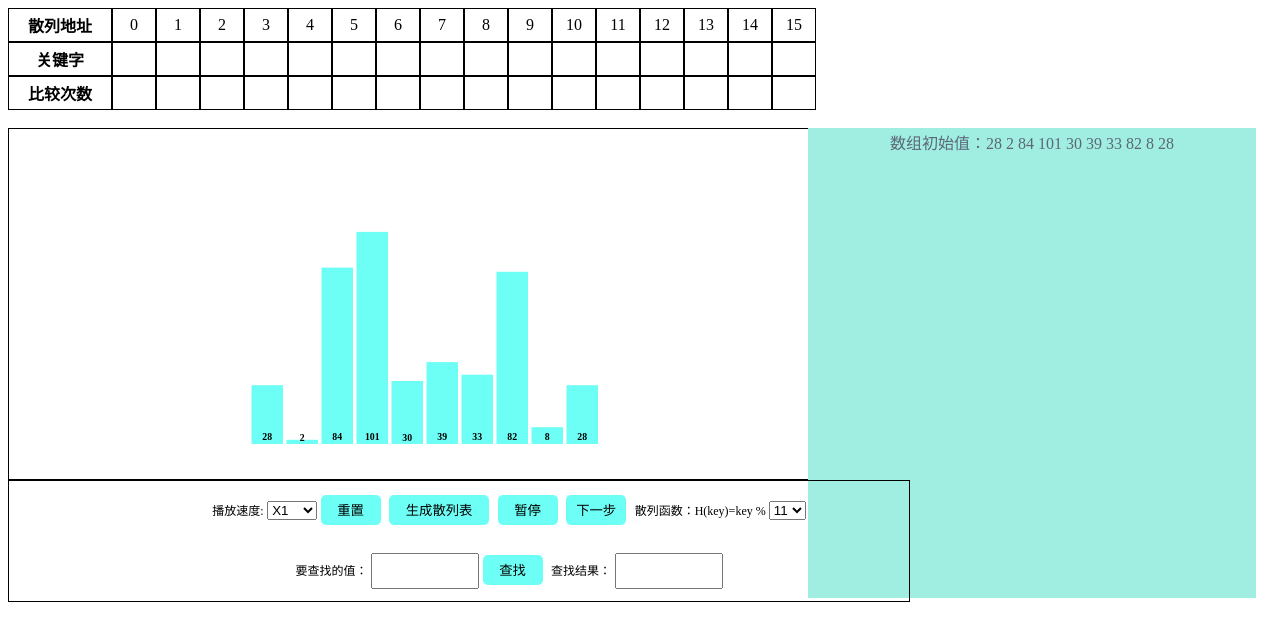
Repository: aaa615/Visualization-of-data-structure-algorithms
Page: dataStructure/WebContent/animation/search/hashSearch/hashSearch.html
An editor plug-in stored every save of this project. The page is shown before and after the next save, followed by the edit.
The browser window is 1280 px wide. The pictures show the whole page.

Above is the page before, as saved 2021-05-20 04:30:07.

### dataStructure/WebContent/animation/search/hashSearch/hashSearch.html
<!DOCTYPE html>
<html lang="en">
<head>
    <meta charset="UTF-8">
    <title>散列表查找</title>
    <link rel="stylesheet" type="text/css" href="../../../css/Player.css" charset="utf-8">
    <link rel="stylesheet" type="text/css" href="hashSearch.css" charset="utf-8">

    <script type="text/javascript" src="hashSearch.js"></script>
</head>
<body>
<div id="canvas_div">
    <table id="hash_table" cellspacing="0">
        <tr align="center" valign="center">
            <th width="100px" style="border: black solid 1px">散列地址</th>
            <td>0</td>
            <td>1</td>
            <td>2</td>
            <td>3</td>
            <td>4</td>
            <td>5</td>
            <td>6</td>
            <td>7</td>
            <td>8</td>
            <td>9</td>
            <td>10</td>
            <td>11</td>
            <td>12</td>
            <td>13</td>
            <td>14</td>
            <td>15</td>
        </tr>
        <tr align="center" valign="center">
            <th width="100px" style="border: black solid 1px">关键字</th>
            <td></td>
            <td></td>
            <td></td>
            <td></td>
            <td></td>
            <td></td>
            <td></td>
            <td></td>
            <td></td>
            <td></td>
            <td></td>
            <td></td>
            <td></td>
            <td></td>
            <td></td>
            <td></td>
        </tr>
        <tr align="center" valign="center">
            <th width="100px" style="border: black solid 1px">比较次数</th>
            <td></td>
            <td></td>
            <td></td>
            <td></td>
            <td></td>
            <td></td>
            <td></td>
            <td></td>
            <td></td>
            <td></td>
            <td></td>
            <td></td>
            <td></td>
            <td></td>
            <td></td>
            <td></td>
        </tr>
    </table>
    <svg id="canvas_svg" xmlns="http://www.w3.org/2000/svg" viewBox="0 0 500 500" onload="createRect()"></svg>
    <div class="express_window" id="express_window_id"></div>
</div>
<div id="player_div">
    <label>播放速度:</label>
    <select id="playSpeed_id" class="playSpeed_class" onclick="getPlaySpeed()">
        <option value="2">X2</option>
        <option value="1.5">X1.5</option>
        <option value="1" selected>X1</option>
        <option value="0.5">X0.5</option>
    </select>
    <input type="button" value="重置" class="player_input" onclick="reset()">
    <input type="button" value="生成散列表" class="player_input" style="width: 100px" onclick="createHashTable()">
    <input type="button" value="暂停" class="player_input" onclick="pause()">
    <input type="button" value="下一步" class="player_input" onclick="nextStep()">
    <label>散列函数：H(key)=key % </label>
    <select id="hash_function" class="playSpeed_class" onclick="getM()">
        <option value="3">3</option>
        <option value="11" selected>11</option>
        <option value="13">13</option>
    </select>
    <br/>

    <label>要查找的值：</label>
    <input type="text" id="search_num" class="player_text">
    <input type="button" value="查找" class="player_input" onclick="search()">
    <label>查找结果：</label>
    <input type="text" id="Search_result" class="player_text" readonly="true">

</div>

</body>
</html>

### dataStructure/WebContent/css/Player.css
@charset "UTF-8";
#canvas_div{
    position: relative;
    display: flex;
    display:-webkit-flex;
    justify-content: left;
}

#canvas_svg{
    width: 800px;
    height: 450px;
    border: 1px solid rgba(160,238,225,1);
    font: bold 14px "Microsoft YaHei UI";
    text-align: center;
    text-anchor: middle;
}

.express_window{
	position:relative;
    width: calc(100% - 800px - 1rem);
    height: 450px;
    overflow: auto;
    background-color: rgba(160,238,225,1);
    text-align: center;
}

.algoTitle{
	height:50px;
	font: 24px "Microsoft YaHei UI";
	line-height:50px
}

#express_window_id{
	font: 16px "Microsoft YaHei UI";
    color: #5d6778;
    line-height: 32px;
}

#player_div{
    width: calc(100% - 100px - 1rem);
    height: 60px;
    border: 1px solid rgba(160,238,225,1);
    padding-left: 100px;
    text-align: left;
    line-height: 60px;
}

.player_input{
    width: 60px;
    height: 30px;
    color: black;
    margin-right: 20px;
    border-color: cornsilk;
    background-color: rgba(109,255,245);
    color: black;
    border-style: hidden;
    border-radius: 5px;
}

#player_div label {
    font: 12px "Microsoft YaHei UI";
}

### dataStructure/WebContent/animation/search/hashSearch/hashSearch.css
#canvas_div{
    position: relative;
    display: flex;
    display:-webkit-flex;
    justify-content: left;
}

.hash_table{
    display: inline-block;
    height: 100px;
}

td{
    height: 30px;
    width: 40px;
    border: black solid 1px;
}

#canvas_svg{
    position: absolute;
    top: 120px;
    width: 800px;
    height: 350px;
    border: 1px black solid;
    font: bold 14px "Microsoft YaHei UI";
    text-align: center;
    text-anchor: middle;
}

.express_window{
    position: absolute;
    left: 800px;
    top: 120px;
    width: calc(100% - 800px - 1rem);
    height: 470px;
    overflow: auto;
    background-color: rgba(160,238,225,1);
    font: 22px "Microsoft YaHei UI";
    color: #5d6778;
    line-height: 44px;
    text-align: center;
}

#player_div{
    position: absolute;
    top: 480px;
    width: 800px;
    height: 120px;
    border: 1px black solid;
    text-align: center;
    font: 14px "Microsoft YaHei UI";
    line-height: 60px;

}

.player_input{
    width: 60px;
    height: 30px;
    color: black;
    margin-right: 5px;
    background-color: #6dfff5;
}

#player_div label{
    font: 12px "Microsoft YaHei UI";
}

.player_text{
    width: 100px;
    height: 30px;
    /*border: 1px green solid;*/
}

### dataStructure/WebContent/animation/search/hashSearch/hashSearch.js
/**
 *
 */
//舞台的高
var maxH=450;
//矩形的宽
var w = 45;
//矩形间隔
var space = 5;
//g标签的初始x坐标
var gX = 25;
//播放速度
var playSpeed=1200;
//矩形数值
var rectArray=[];
//记录每一轮数组细节
var arrStr="";
//计时器
var timer=[];
//
var currentStep=0;
//前一个矩形
var previousRect=-1;
//
var m=11;


//全局变量，获取g和rect标签
var txt=document.getElementsByClassName("player_text");
var oRect=document.getElementsByClassName("g_rect");
//获取playSpeed
function getPlaySpeed(){
    var oSelect=document.getElementsByClassName("playSpeed_class");
    playSpeed=1200*(1/oSelect[0].value);
    console.log(playSpeed);
}

function getM(){
    var oSelect=document.getElementsByClassName("playSpeed_class");
    m=oSelect[1].value;
    console.log(m);
}

//分步生成散列表
function nextStep(){
    if(previousRect!=-1){
        oRect[previousRect].setAttribute("style","fill:#6dfff5");
    }

    if(currentStep<10){
        oRect[currentStep].setAttribute("style","fill:greenyellow");
        previousRect=currentStep;

        let hash_tr=document.getElementById("hash_table").getElementsByTagName("tr");

        let index=rectArray[currentStep]%m;

        //记录查找细节
        var expressionField=document.getElementById("express_window_id");
        arrStr+="\n"+rectArray[currentStep]+" % "+m+" = "+index;


        console.log(index);

        // console.log("inner:"+hash_tr[1].getElementsByTagName("td")[index].innerText);
        //查找次数
        let count=1;
        if(hash_tr[1].getElementsByTagName("td")[index].innerText==""){
            hash_tr[1].getElementsByTagName("td")[index].innerText=rectArray[currentStep];
            hash_tr[2].getElementsByTagName("td")[index].innerText=count;
        }else{
            let i=index;
            while(hash_tr[1].getElementsByTagName("td")[i].innerText!=""){
                i=(i+1)%16;
                arrStr+="地址冲突，加一："+i+";";
                count++;
            }
            // console.log("i"+i);
            hash_tr[1].getElementsByTagName("td")[i].innerText=rectArray[currentStep];
            hash_tr[2].getElementsByTagName("td")[i].innerText=count;
        }
        expressionField.innerText=arrStr;
        currentStep++;
        return false;
    }else{
        return true;
    }

}

//生成散列表
function createHashTable(){
    timer[0]=setInterval(function () {
        if(nextStep()){
            clearInterval(timer[0]);
        }
    },playSpeed*2);
}

//随机生成有序的rect
function createRect() {
    var svgDoc=document.getElementById("canvas_svg");
    //获取流程描述窗口
    var expressionField=document.getElementById("express_window_id");
    arrStr="数组初始值：";

    //随机生成10个矩形的高（1~100）
    for (var i = 0; i < 10; ++i) {
        rectArray[i] = Math.ceil(Math.random() * 100) + 1;
        var h=rectArray[i]*3;
        //生成g标签
        var og=document.createElementNS("http://www.w3.org/2000/svg", "g");
        og.setAttribute("transform", "translate(" + gX + "," + (maxH - h) + ")");
        og.setAttribute("height", h + "px");
        og.setAttribute("class","svg_g");

        svgDoc.appendChild(og);

        //生成矩形
        var orect = document.createElementNS("http://www.w3.org/2000/svg", "rect");
        orect.setAttribute("width", w + "px");
        orect.setAttribute("height", h + "px");
        orect.setAttribute("fill", "#6dfff5");
        orect.setAttribute("class", "g_rect");
        og.appendChild(orect);

        //生成text
        var oTxt = document.createElementNS("http://www.w3.org/2000/svg", "text");
        oTxt.setAttribute("width", w + "px");
        oTxt.setAttribute("x", (w / 2) + "px");
        oTxt.setAttribute("y", h + "px");
        oTxt.setAttribute("dy", "-5px");
        oTxt.setAttribute("fill", "black");
        oTxt.textContent = h/3 + "";
        og.appendChild(oTxt);

        //下一个矩形的初始位置
        gX += w + space;

        arrStr+=h/3+" ";
    }
    expressionField.innerText=arrStr;
}


//查找
function search() {
    let search_num=parseInt(document.getElementById("search_num").value);
    let hash_tr=document.getElementById("hash_table").getElementsByTagName("tr");

    let address=search_num%m;

    console.log(parseInt(hash_tr[1].getElementsByTagName("td")[address].innerText));

    if(parseInt(hash_tr[1].getElementsByTagName("td")[address].innerText)==search_num){
        document.getElementById("Search_result").value="查找成功！";
        return true;
    }else{
        let i=(address+1)%16;
        while(i!=address){
            if(parseInt(hash_tr[1].getElementsByTagName("td")[address].innerText)==search_num){
                document.getElementById("Search_result").value="查找成功！";
                return true;
            }else{
                i=(i+1)%16;
            }
        }
    }
    document.getElementById("Search_result").value="查找失败！";
    return false;

}

//自动播放
function autoPlay() {
    timer[0]=setInterval(function () {
        nextStep();
    },playSpeed*2);
}

//暂停
function pause() {
    clearInterval(timer[0]);
    clearTimeout(timer[1]);
}

//重置
function reset() {
    pause();

    //删除矩形
    for(var i=0;i<rectArray.length;++i){
        removerRect();
    }
    //初始化相关变量
    for(var i=0;i<rectArray.length;++i){
        rectArray[i]=0;
    }
    gX=25;
    frontFrom=-1;
    txt[0].value="";
    txt[1].value="";
    count=1;
    //重新加载
    load();
}

//删除矩形
function removerRect(){
    var svgDoc=document.getElementById("canvas_svg");
    var og=svgDoc.firstChild;
    svgDoc.removeChild(og);
}

After the next save:
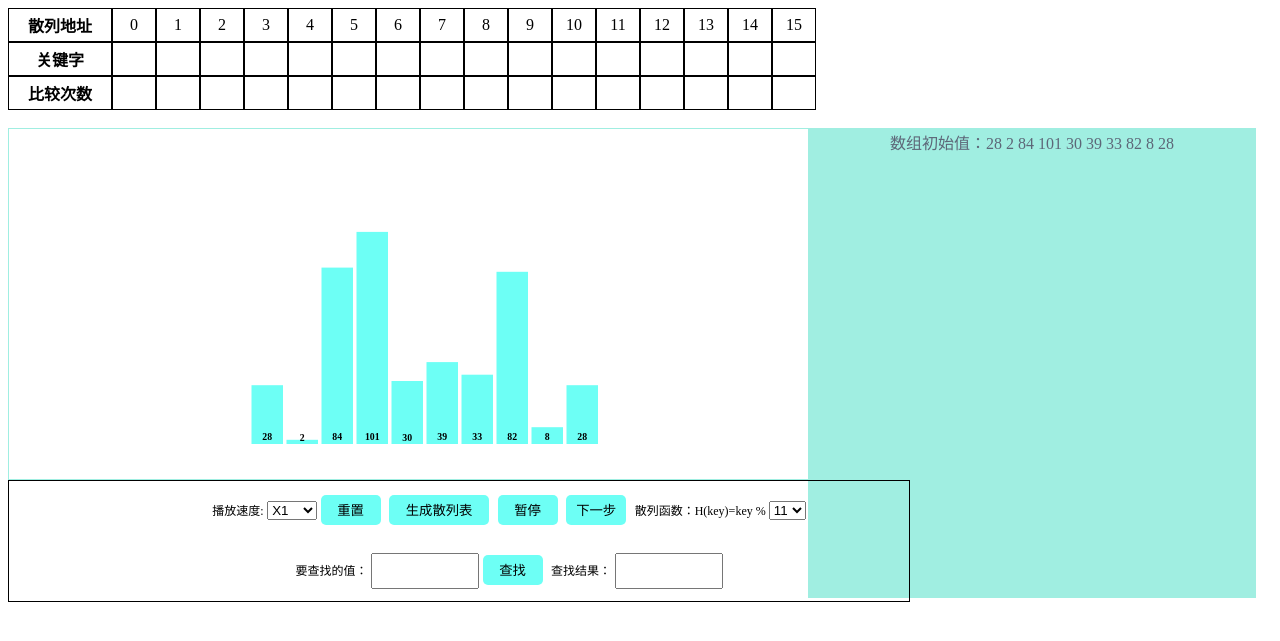
Saved 76 s later.
--- a/dataStructure/WebContent/animation/search/hashSearch/hashSearch.css
+++ b/dataStructure/WebContent/animation/search/hashSearch/hashSearch.css
@@ -21,7 +21,7 @@ td{
     top: 120px;
     width: 800px;
     height: 350px;
-    border: 1px black solid;
+    border: 1px solid rgba(160,238,225,1);
     font: bold 14px "Microsoft YaHei UI";
     text-align: center;
     text-anchor: middle;
